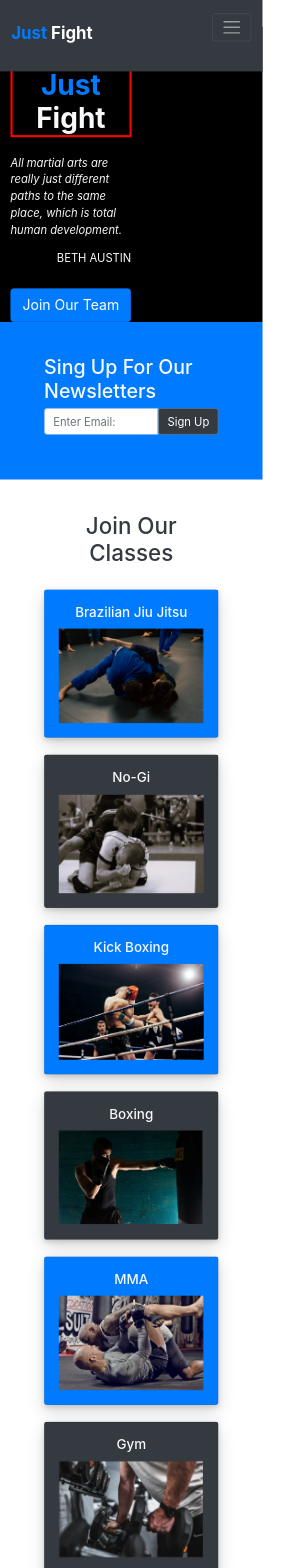
Repository: IonPara/Just-Fight
Page: index.html
The author's editor kept a copy of each file at every save. The page is drawn from the files as they stood at one save, then again after the next save.
The browser window is 375 px wide. The page is 424 px wide, so the pictures cover 424 px, including what lies to the right of the window. The pictures show the part of the page from y = 0 to 2240 px (the page is 6160 px tall before and 6073 px after), at 70% of full size.
Some web libraries are served in a nearby version.

Above is the page before, as saved 2023-03-13 15:42:02.

### index.html
<!DOCTYPE html>
<html lang="en">

<head>
  <meta charset="utf-8">
  <meta name="viewport" content="width=device-width, initial-scale=1.0">
  <title>Just Fight</title>
  <link href="./Styles/styles.css" rel="stylesheet" type="text/css">

  <!-- Bootstrap Link -->
  <link rel="stylesheet" href="https://cdn.jsdelivr.net/npm/bootstrap@4.2.1/dist/css/bootstrap.min.css"
    integrity="sha384-GJzZqFGwb1QTTN6wy59ffF1BuGJpLSa9DkKMp0DgiMDm4iYMj70gZWKYbI706tWS" crossorigin="anonymous">
</head>

<body>
  <header>

    <!-- ------------Nav bar ------------------------>
    <nav class="navbar navbar-expand-lg navbar-dark bg-dark fixed-top">
      <div class="container pb-4">
        <a class="navbar-brand mt-3" id="brand" href="#"><span class="text-primary">Just </span> Fight</a>
        <button class="navbar-toggler" type="button" data-toggle="collapse" data-target="#navbarSupportedContent"
          aria-controls="navbarSupportedContent" aria-expanded="false" aria-label="Toggle navigation">
          <span class="navbar-toggler-icon"></span>
        </button>
      </div>

      <div class="collapse navbar-collapse" id="navbarSupportedContent">
        <ul class="navbar-nav justify-content-end">
          <li class="nav-item active">
            <a class="nav-link" href="#">Home <span class="sr-only">(current)</span></a>
          </li>
          <li class="nav-item">
            <a class="nav-link" href="#ourClasses">Classes</a>
          </li>
          <li class="nav-item">
            <a class="nav-link" href="#openingHours">Opening</a>
          </li>
          <li class="nav-item">
            <a class="nav-link" href="#coaches">Coaches</a>
          </li>
          <li class="nav-item">
            <a class="nav-link" href="#contact">Contact</a>
          </li>
          <li class="nav-item">
            <a class="nav-link" href="./about.html">About</a>
          </li>
          <li class="nav-item">
            <a class="nav-link" href="./plans.html">Join</a>
          </li>
          <li class="nav-item">
            <a class="nav-link" href="./review.html">Review</a>
          </li>
        </ul>
      </div>
    </nav>
  </header>

  <!-- ------------------------Join Club Top section  --------------- -->
  <section class="text-light pt-5 text-center text-sm-start top-section transition-fade" id="swup">
    <div class="container">
      <div class="d-sm-flex justify-content-between align-items-center">
        <div class="heading-container w-50">
          <h1 class="fight-club text-center font-weight-bold"><span class="text-primary">Just </span>Fight</h1>
          <p class=" md-lead text-left font-italic pt-3">
            All martial arts are really just different paths to the same place, which is total human development.
            <br>
          <p class="text-right">BETH AUSTIN</p>
          <a class="text-white" href="./plans.html" target="_blank" rel="noopener noreferrer">
            <button class="btn btn-lg btn-primary mt-3" id="join">
              Join Our Team
            </button>
          </a>
        </div>
        <img class="img-fluid  w-25 d-none d-sm-block" src="./Images/timothy-eberly-C7ax3RF9FFo-unsplash.jpg"
          alt="Muay Thai">
      </div>
    </div>
  </section>

  <!-- Sign Up section -->
  <div class="bg-primary text-light p-5">
    <div class="container">
      <div class="d-md-flex justify-content-between align-items-center">
        <h3 class="mb3-mb-md-0">
          Sing Up For Our Newsletters
        </h3>
        <div class="input-group mb-3">
          <input type="text" class="form-control newsletter-input" placeholder="Enter Email:"
            aria-label="Recipient's username" aria-describedby="button-addon2">
          <button class="btn  btn-outline-secondary bg-dark text-white" type="button" id="button-addon2">
            Sign Up
          </button>
        </div>
      </div>
    </div>
  </div>

  <!-------------------------------Our Classes Boxes------------ -->
  <section class="p-5 mb-5" id="ourClasses">
    <div class="container text-center text-light boxes">
      <div class="row">
        <div class="col text-dark font-weight-bolder">
          <div class=" h2 pb-4">Join Our Classes</div>
        </div>
      </div>

      <!-- Here we create a row with 3 boxes -->
      <div class="row">

        <div class="col-md ">
          <div class="card bg-primary ">
            <div class="card-body">
              <h3 class="card-title">Brazilian Jiu Jitsu</h3>
              <a href="./about.html">
                <img class=" card-image w-100 d-md-block" src="./Images/bjj.png" alt="Brazilian Jiu Jitsu">
              </a>
            </div>
          </div>
        </div>

        <div class="col-md ">
          <div class="card bg-dark mt-4 m-md-0">
            <div class="card-body">
              <h3 class="card-title">No-Gi</h3>
              <a href="./about.html">
                <img class="card-image w-100 d-md-block" src="./Images/no-gi.png" alt="No-Gi">
              </a>
            </div>
          </div>
        </div>

        <div class="col-md ">
          <div class="card bg-primary mt-4 m-md-0">
            <div class="card-body">
              <h3 class="card-title">Kick Boxing</h3>
              <a href="./about.html">
                <img class=" card-image w-100 d-md-block" src="./Images/kb.png" alt="Kick-boxing">
              </a>
            </div>
          </div>
        </div>
      </div>

      <!-- Here we create second row with 3 boxes -->
      <div class="row pt-4">
        <div class="col-md">
          <div class="card bg-dark mb-4 m-md-0">
            <div class="card-body">
              <h3 class="card-title">Boxing</h3>
              <a href="./about.html">
                <img class="card-image w-100  d-md-block" src="./Images/boxing.png" alt="Brazilian Jiu Jitsu">
              </a>
            </div>
          </div>
        </div>

        <div class="col-md">
          <div class="card bg-primary">
            <div class="card-body">
              <h3 class="card-title">MMA</h3>
              <a href="./about.html">
                <img class="card-image w-100  d-md-block" src="./Images/mma.png" alt="No-Gi">
              </a>
            </div>
          </div>
        </div>

        <div class="col-md">
          <div class="card bg-dark mt-4 m-md-0">
            <div class="card-body">
              <h3 class="card-title">Gym</h3>
              <a href="./about.html">
                <img class="card-image w-100  d-md-block" src="./Images/gym.png" alt="Kick-boxing">
              </a>
            </div>
          </div>
        </div>

      </div>
    </div>
  </section>
  <!----------------------------Table--------------------------------  -->
  <section class="bg-dark  p-5" id="openingHours">
    <h2 class="text-light text-center">Opening Hours</h2>

    <div class="bg-dark py-5 ">
      <div class=" text-dark d-flex justify-content-center ">
        <table class=" table bg-light  table-hover w-75 ">
          <thead class="bg-dark text-light">
            <!-- Here is the top row -->
            <tr class="row-head ">
              <!-- Here on the small screen the day of the week wil be just a letter -->
              <th class="col1 d-none d-md-table-cell" scope="col">Class</th>
              <th class="col2 d-md-none" scope="col">C</th>
              <th class="col2 d-none d-md-table-cell" scope="col">Monday</th>
              <th class="col2 d-md-none" scope="col">M</th>
              <th class="col3 d-none d-md-table-cell" scope="col">Tuesday</th>
              <th class="col3 d-md-none" scope="col">T</th>
              <th class="col3 d-none d-md-table-cell" scope="col">Wednesday</th>
              <th class="col3 d-md-none" scope="col">W</th>
              <th class="col4 d-none d-md-table-cell" scope="col">Thursday</th>
              <th class="col4 d-md-none" scope="col">T</th>
              <th class="col5 d-none d-md-table-cell" scope="col">Friday</th>
              <th class="col5 d-md-none" scope="col">F</th>
              <th class="col6 d-none d-md-table-cell" scope="col">Saturday</th>
              <th class="col6 d-md-none" scope="col">S</th>
            </tr>
          </thead>

          <tbody class="" id="table">
            <!-- Here is the second row -->
            <!-- The first column will change depending on the screen size -->
            <tr class="table-active">
              <th class="d-none d-md-block">Brazilian Jiu Jitsu</th>
              <th class="d-md-none ">BJJ</th>
              <td></td>
              <td>7PM-8PM</td>
              <td></td>
              <td>7PM-8PM</td>
              <td></td>
              <td>10AM-11AM</td>
            </tr>
            <!-- Here is the third row -->
            <!-- The first column will change depending on the screen size -->
            <tr>
              <th class="d-none d-md-block">No-Gi</th>
              <th class="d-md-none ">NG</th>
              <td>7PM-8PM</td>
              <td></td>
              <td>7PM-8PM</td>
              <td></td>
              <td></td>
              <td></td>
            </tr>
            <!-- Here is the forth row -->
            <!-- The first column will change depending on the screen size -->
            <tr class="table-active">
              <th class="d-none d-md-block">Kick-Boxing</th>
              <th class="d-md-none ">K-B</th>
              <td>8PM-9PM</td>
              <td></td>
              <td>8PM-9PM</td>
              <td></td>
              <td></td>
              <td></td>
            </tr>
            <!-- Here is the fifth row -->
            <!-- The first column will change depending on the screen size -->
            <tr>
              <th scope="row">MMA</th>
              <td></td>
              <td>8PM-9PM</td>
              <td></td>
              <td>8PM-9PM</td>
              <td></td>
              <td></td>
            </tr>
            <!-- Here is the sixth row -->
            <!-- The first column will change depending on the screen size -->
            <tr class="table-active">
              <th class="d-none d-md-block">Boxing</th>
              <th class="d-md-none ">B</th>
              <td></td>
              <td></td>
              <td></td>
              <td></td>
              <td>7PM-8PM</td>
              <td></td>
            </tr>
            <!-- Here is the seventh row -->
            <!-- The first column will change depending on the screen size -->
            <tr>
              <th scope="row">Gym</th>
              <td>10AM-9PM</td>
              <td>10AM-9PM</td>
              <td>10AM-9PM</td>
              <td>10AM-9PM</td>
              <td>10AM-9PM</td>
              <td>10AM-9PM</td>
            </tr>
          </tbody>

        </table>
      </div>
    </div>
  </section>

  <!-- Questions -->
  <section class="py-5" id="questions">

    <div class="container">
      <h2 class="text-center mb-5">Frequently Asked Questions</h2>

      <div id="accordion">

        <!-- Here is the first accordion -->
        <!-- Which will collapse when you click on it -->
        <div class="card">
          <div class="card-header">
            <h5 class="text-center">
              <button class="btn btn-link" data-toggle="collapse" data-target="#collapseOne">
                How do I get started?
              </button>
            </h5>
          </div>
          <!-- This is the collapsed section-->
          <div id="collapseOne" class="collapse" data-parent="#accordion">
            <div class="card-body">
              The best way is to attend a session and join in! You will receive a free session on your first visit, this
              will provide you with the opportunity to try a class and get a good insight into the varied training we
              have to offer. You must give us a call, txt or to book in for your free session.
            </div>
          </div>
        </div>
        <!-- Here is the second accordion -->
        <!-- Which will collapse when you click on it -->
        <div class="card">
          <div class="card-header">
            <h5 class="text-center">
              <button class="btn btn-link" data-toggle="collapse" data-target="#collapseTwo">
                Do I need to bring anything with me?
              </button>
            </h5>
          </div>
          <!-- This is the collapsed section-->
          <div id="collapseTwo" class="collapse" data-parent="#accordion">
            <div class="card-body">
              It's a good idea to bring a drink and a sweat towel. Normal training attire is fine, shorts & T-shirt,
              Jogging bottoms and T-shirts are all fine. We train in bare feet. In addition, if you already have items
              such as gloves etc. please feel free to bring them along.
            </div>
          </div>
        </div>
        <!-- Here is the third accordion -->
        <!-- Which will collapse when you click on it -->
        <div class="card">
          <div class="card-header">
            <h5 class="text-center">
              <button class="btn btn-link" data-toggle="collapse" data-target="#collapseThree">
                Can I pay as I go?
              </button>
            </h5>
          </div>
          <!-- This is the collapsed section-->
          <div id="collapseThree" class="collapse" data-parent="#accordion">
            <div class="card-body">
              Our members ALL pay via direct debit. As a members only gym we do not accept ANY cash pay as you go. We
              feel this helps promote regular training and stops bullies from just turning up wanting to "fight".
            </div>
          </div>
        </div>
      </div>
    </div>

    <!-- Radio Button -->
    <div class="radio-btn mt-5 mb-3 ">
      <h4 class="mb-4">Which Martial Do You Prefer?</h4>
      <div>
        <div class="form-check">
          <input class="form-check-input" type="checkbox" value="" id="flexCheck">
          <label class="form-check-label" for="flexCheck">
            Brazilian JiuJitsu
          </label>
        </div>

        <div class="form-check">
          <input class="form-check-input" type="checkbox" value="" id="flexCheck1">
          <label class="form-check-label" for="flexCheck1">
            No-GI
          </label>
        </div>

        <div class="form-check">
          <input class="form-check-input" type="checkbox" value="" id="flexCheck2">
          <label class="form-check-label" for="flexCheck2">
            Kick-Boxing
          </label>
        </div>

        <div class="form-check">
          <input class="form-check-input" type="checkbox" value="" id="flexCheck3">
          <label class="form-check-label" for="flexCheck3">
            Boxing
          </label>
        </div>

        <div class="form-check">
          <input class="form-check-input" type="checkbox" value="" id="flexCheck4">
          <label class="form-check-label" for="flexCheck4">
            MMA
          </label>
        </div>
      </div>
    </div>

  </section>
  <!-- ----------------------------------Coaches--------------------- -->
  <section class="bg-primary text-center" id="coaches">
    <h2 class="text-center text-light pt-5">Our Coaches</h2>
    <div class="container py-5" id="card-coaches">

      <div class="row ">
        <!-- This the first coach -->
        <div class="col-md">
          <div class="card card-body p-5 " id="card">
            <figure class="card-body" id="col-coach">
              <img class="card-image w-100 d-md-block" src="./Images/coach11.png" alt="Coach">
              <figcaption class="card-title lead">Nathan Lawrence</figcaption>
            </figure>
          </div>
        </div>
        <!-- This the second coach -->
        <div class="col-md">
          <div class="card card-body p-5 ">
            <figure class="card-body w-100 " id="col-coach2">
              <img class="card-image w-100  d-md-block" src="./Images/coach22.png" alt="Coach">
              <figcaption class="lead card-title ">Lucy Brown</figcaption>
            </figure>
          </div>
        </div>
        <!-- This the third coach -->
        <div class="col-md ">
          <div class="card card-body p-5 ">
            <figure class="card-body" id="col-coach3">
              <img class="card-image w-100  d-md-block" src="./Images/coach33.png" alt="Coach">
              <figcaption class="card-title lead">Jimmy Crow</figcaption>
            </figure>
          </div>
        </div>
      </div>
    </div>
  </section>

  <!-- ----------------------Contact Info---------------------- -->
  <section class="location" id="contact">
    <h2 class="text-center">Contact Info</h2>

    <div class="container">
      <ul class="list">
        <li>
          <strong>Number: </strong>
          <a href="">555-555-555</a>
        </li>

        <li>
          <strong>Email:</strong>
          <a href="mailto:fightclub@gmail.com" target="_blank">
            <span> fightclub@gmail.com</span>
          </a>
        </li>
        <li> <strong>Adress:</strong> Manchester M14</li>
      </ul>

      <!-- map -->
      <div>
        <a href="https://www.google.com/maps/dir//Manchester/@53.4722454,-2.2234628,12z/data=!4m9!4m8!1m0!1m5!1m1!1s0x487a4d4c5226f5db:0xd9be143804fe6baa!2m2!1d-2.2426305!2d53.4807593!3e0"
          target="_blank" rel="noopener">
          <img class="map" src="./Images/map.png" alt="map">
        </a>
      </div>
    </div>
  </section>

  <!-- Footer -->
  <footer class="bg-dark text-center text-light mt-5">
    <p>Copyright &copy; 2022</p>
  </footer>

  <!-- Bootstrap JavaScript Links -->
  <script src="https://code.jquery.com/jquery-3.3.1.slim.min.js"
    integrity="sha384-q8i/X+965DzO0rT7abK41JStQIAqVgRVzpbzo5smXKp4YfRvH+8abtTE1Pi6jizo"
    crossorigin="anonymous"></script>
  <script src="https://cdn.jsdelivr.net/npm/popper.js@1.14.6/dist/umd/popper.min.js"
    integrity="sha384-wHAiFfRlMFy6i5SRaxvfOCifBUQy1xHdJ/yoi7FRNXMRBu5WHdZYu1hA6ZOblgut"
    crossorigin="anonymous"></script>
  <script src="https://cdn.jsdelivr.net/npm/bootstrap@4.2.1/dist/js/bootstrap.min.js"
    integrity="sha384-B0UglyR+jN6CkvvICOB2joaf5I4l3gm9GU6Hc1og6Ls7i6U/mkkaduKaBhlAXv9k"
    crossorigin="anonymous"></script>
  <script src="https://unpkg.com/swup@latest/dist/swup.min.js"></script>
</body>

</html>

### Styles/styles.css
/*---------------- Top section------------- */
.top-section {
    background-color: black;

}

#brand {
    font-size: 1.5rem;
    font-weight: bolder;
}


#join a:hover, a:visited, a:link {
    text-decoration: wavy;
}

#join:hover {
    background-color: rgb(8, 157, 135);
}

/* Radio button */
.radio-btn {
    width: 100%;
    flex-direction: column;
    display: flex;
    align-items: center;
}

/* ---------------------------Coach------------ */
.container figcaption {
    font-weight: 600;
}

/*------------ Contact Info -----------*/
.location h2 {
    margin-top: 2%;
}

.location .container {
    display: flex;
    justify-content: space-between;
    align-items:center;
    flex-wrap: wrap;
    margin-top: 3%;
}

.list {
    list-style: none;
    font-size: larger;
    font-weight: 400;
    line-height: 2em;
}

.list li {
    border-bottom:1px solid grey;
}

ul a:hover, a:visited, a:link{
    color:black;
    text-decoration: wavy;
}

ul a:hover {
    color:blueviolet;
}

/*  The Map */
.map {
    border-radius: 25%;
}

/* -----------------Cards--------------- */
.card:hover {
    -webkit-transform: scale(0.5);
     transform: scale(1.05);
}

.card {
    box-shadow: 0 10px 25px 0 rgba(0, 0, 0, 0.15), 0 3px 7px 0 rgb(0 0 0 / 15%);
}
/* -----------------Footer--------------- */
footer p{
    padding: 5vh 0;
    margin-bottom: 0;
    font-size: larger;
    height: 100px;
}


/* ---------------Media screen----------------- */
@media screen and (max-width:1200px) {
    .boxes h3 {
        font-size: 1.2em;
        white-space:pre-wrap;
    }

}

@media screen and (max-width:1000px) {
    .top-section {
        margin-top: 8%;
    }
}


@media screen and (max-width:768px) {

    .newsletter-input {
        width: 50%;
    }

    #table {
        font-size: 0.9rem;
    }

    .map {
        width: 400px;
    }

    .location .container {
        justify-content: center;
    }
}

@media screen and (max-width:600px) {
    .top-section {
        margin-top: 10%;
        min-width: 100%;
    }

    .fight-club {
        min-width: 100% !important;
        border: solid red !important;
        margin-top: 5%;
        margin-left: auto;
    }
}

After the next save:
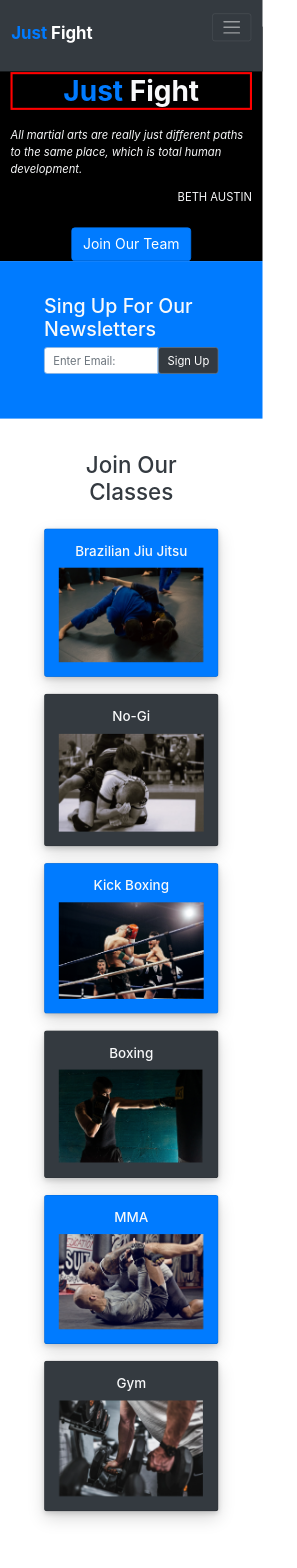
Saved 16 s later.
--- a/Styles/styles.css
+++ b/Styles/styles.css
@@ -134,4 +134,9 @@ footer p{
         margin-top: 5%;
         margin-left: auto;
     }
+
+    .heading-container {
+        min-width: 100% !important;
+
+    }
 }
